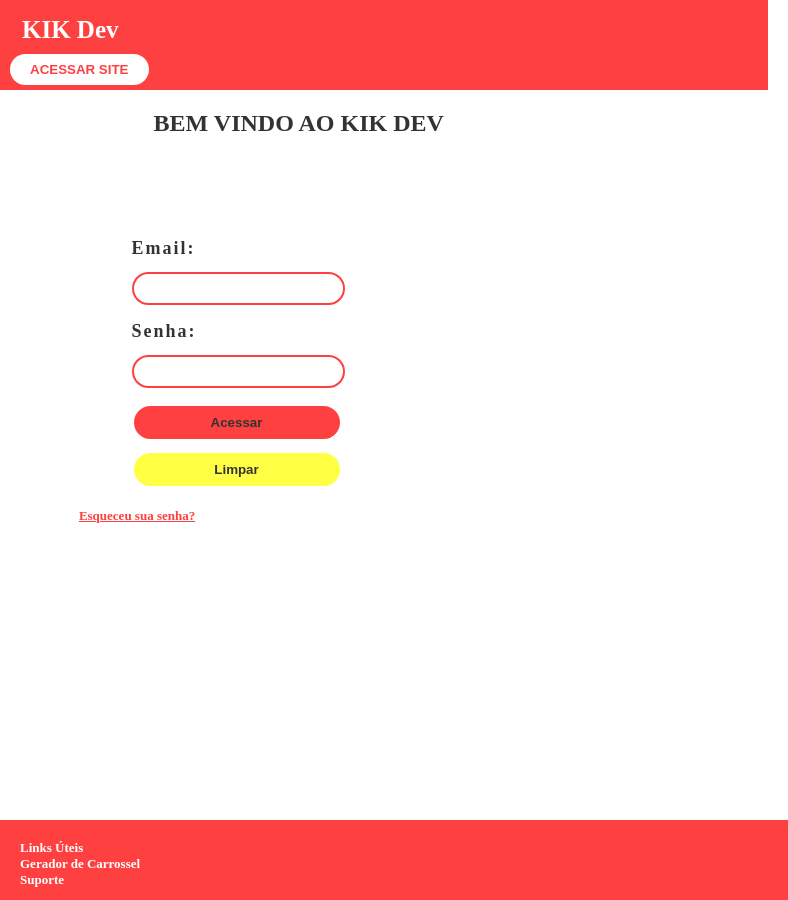
Repository: devgabrielvieira/kikdev
Page: index.html
The author's editor kept a copy of each file at every save. The page is drawn from the files as they stood at one save, then again after the next save.
The browser window is 768 px wide. The page is 788 px wide, so the pictures cover 788 px, including what lies to the right of the window. The pictures show the whole page.

Above is the page before, as saved 2022-10-30 18:39:40.

### index.html
<!DOCTYPE html>
<html lang="pt-br">

<head>
    <meta charset="UTF-8">
    <meta http-equiv="X-UA-Compatible" content="IE=edge">
    <meta name="viewport" content="width=device-width, initial-scale=1.0">
    <link rel="shortcut icon" href="imagens/favicon.ico" type="image/x-icon">
    <link rel="stylesheet" href="style.css">
    <link rel="stylesheet" href="style-mobile.css">
    <script src="script_processo.js"></script>
    <title>KIK Dev</title>

</head>

<body id="pag_processos" onload="dimensaoTela()">

    <div class="header-index">
        <a href="#Default" class="logo">KIK Dev</a>

        <button type="submit" name="name" class="button-right"><strong>ACESSAR SITE</strong></a></button>

    </div>
    <div class="conteudo">
        <!--abrimos a div conteúdo-->
        <!-- <img src="imagens/conteudo.jpg" alt="Conteúdo"> -->

        <h2>BEM VINDO AO KIK DEV</h2>

        <div class="login">
            <label for="username">Email:</label>
            <input type="text" id="username" name="username">
            <br>
            <label for="pass">Senha:</label>
            <input type="password" id="pass" name="password" minlength="8" required>
            <br>
            <input class="btn-acessar" type="submit" value="Acessar">
            <br>
            <input class="btn-limpar" type="reset" value="Limpar">
            <br><br>
            <a href="recuperar-senha.html" target="_self" rel="next" class="href">Esqueceu sua senha?</a>
        </div>

    </div>
    <!--aqui fechamos a div conteudo-->

    <footer class="footer">
        <strong>
            <p>Links Úteis</p>
        </strong>
        <strong>
            <p>Gerador de Carrossel</p>
        </strong>
        <strong>
            <p>Suporte</p>
        </strong>
    </footer>

</body>

</html>

### style.css
@charset "UTF-8";

* {
    margin: 0;
    padding: 0;
}

html {
    margin: 0;
    padding: 0;
}

.header {
    overflow: hidden;
    background-color: #FF4040;
    padding: 20px 10px;
}

.header a {
    float: left;
    color: #fff;
    text-align: center;
    padding: 12px;
    text-decoration: none;
    font-size: 18px;
    line-height: 25px;
    border-radius: 4px;
}

.header a.logo {
    font-size: 25px;
    font-weight: bold;
}

.header a:hover {
    background-color: #ddd;
    color: #333333;
}

.header a.active {
    background-color: #d8d7d7;
    color: #fff;
}

.header-right {
    float: right;
}

.button-right {
    float: right;
    padding: 8px 20px;
    border: #d8d7d7;
    border-radius: 50px;
    color: #FF4040;
    background-color: #fff;
}

.header-index {
    overflow: hidden;
    background-color: #FF4040;
    padding: 5px 10px;
}

.header-index a {
    float: left;
    color: #fff;
    text-align: center;
    padding: 12px;
    text-decoration: none;
    font-size: 18px;
    line-height: 25px;
    border-radius: 4px;
}

.header-index a.logo {
    font-size: 25px;
    font-weight: bold;
}

.header-index a:hover {
    background-color: #ddd;
    color: #333333;
}

.header-index a.active {
    background-color: #d8d7d7;
    color: #fff;
}

.conteudo {
    width: 100%;
    height: 450px;
    overflow: hidden;
    background-color: #fff;
}

/* .conteudo img {
    width: 100%;
    background-color: #fff;
    margin: 2px 0 0 0;
    padding: 0;
    position: relative;
    height: 15.5rem;
} */

.footer {
    width: auto;
    background-color: #FF4040;
    padding: 20px 10px;
    position: relative;
    height: 2.5rem;
    bottom: -50px;
}

p {
    font-size: 13px;
    margin: 0 0 0 10px;
    float: none;
    overflow: hidden;
    color: #fff;
}

label {
    margin: 10px 50px 0 500px;
    display: block;
    letter-spacing: 2px;
    font-size: 18px;
    color: #333333;
    margin-bottom: 3px;
    font-weight: bold;
}

input[type='submit'],
label {
    margin: 10px 50px 0 500px;
    margin-top: 1rem;
    color: #333333;
}

input {
    margin: 10px 50px 0 500px;
    caret-color: #222;
    color: #333333;
    border: 2px solid #FF4040;
    border-radius: 36px;
    padding: 7px 15px;
    text-align: center;
    font-weight: bold;
}

input:hover {
    border: 2px solid #a0a0a0;
}

.login {
    margin: 80px 0 0 0;
    width: -100%;
}

.href {
    margin: 10px 50px 0 550px;
    font-size: 13px;
    font-weight: bold;
    color: #FF4040;
    text-align: center;

}

.btn-acessar {
    margin: 10px 50px 0 500px;
    background: #FF4040;
    border: 2px solid #fff;
    padding: 9px 15px;
    width: 210px;
    max-width: 100%;
}

.btn-limpar {
    margin: 10px 50px 0 500px;
    background: #FF4;
    border: 2px solid #fff;
    padding: 9px 15px;
    width: 210px;
    max-width: 100%;
}

h2 {
    width: 100%;
    display: inline-flex;
    margin: 20px 50px 5px 450px;
    color: #333333;
}

### style-mobile.css
@charset "UTF-8";


@media screen and (max-width: 768px) {

    * {
        margin: 0;
        padding: 0;
    }

    html {
        margin: 0;
        padding: 0;
    }

    .header-index {
        overflow: hidden;
        background-color: #FF4040;
        padding: px 15px;
    }

    .header a {
        float: none;
        display: block;
        text-align: left;
    }

    .header-index a {
        float: none;
        display: block;
        text-align: left;
    }

    .header-right {
        float: none;
    }

    .button-right {
        float: none;
    }

    .footer {
        float: none;
        display: block;
        position: relative;
        height: 2.5rem;
        width: 100%;
        bottom: -280px;

    }

    /* .conteudo img {
        float: none;
        display: block;
        position: absolute;
        width: 100%;
        background-color: #fff;
        margin: 2px 0 0 0;
        height: 10rem;
    } */

    .login {
        width: -100%;
        display: inline-block;
    }

    label {
        margin-left: 50%;
        display: block;
        letter-spacing: 2px;
        font-size: 18px;
        color: #333333;
        margin-bottom: 3px;
        font-weight: bold;
    }

    input[type='submit'],
    label {
        margin-left: 50%;
        margin-top: 1rem;
        color: #333333;
    }

    input {
        margin-left: 50%;
        caret-color: #222;
        color: #333333;
        border: 2px solid #FF4040;
        border-radius: 36px;
        padding: 7px 15px;
        text-align: center;
        font-weight: bold;
    }

    input:hover {
        border: 2px solid #a0a0a0;
    }

    .href {
        margin-left: 30%;
        font-size: 13px;
        font-weight: bold;
        color: #FF4040;
        text-align: center;
    }

    /* .btn-entrar {
        margin-left: 50%;
        background: #FF4040;
        border: 2px solid #fff;
        padding: 9px 15px;
        width: 210px;
        max-width: 100%;
    } */

    .btn-acessar {
        margin-left: 50%;
        background: #FF4040;
        border: 2px solid #fff;
        padding: 9px 15px;
        width: 210px;
        max-width: 100%;
    }

    .btn-limpar {
        margin-left: 50%;
        background: #FF4;
        border: 2px solid #fff;
        padding: 9px 15px;
        width: 210px;
        max-width: 100%;
    }

    h2 {
        width: 100%;
        display: inline-flex;
        margin-left: 20%;
        color: #333333;
    }
}

### script_processo.js
function dimensaoTela(){
    var heightTela = window.innerHeight;
    var widthTela = window.innerWidth;

    document.getElementById('pag_processos').style.minHeight = heightTela+'px';
}

After the next save:
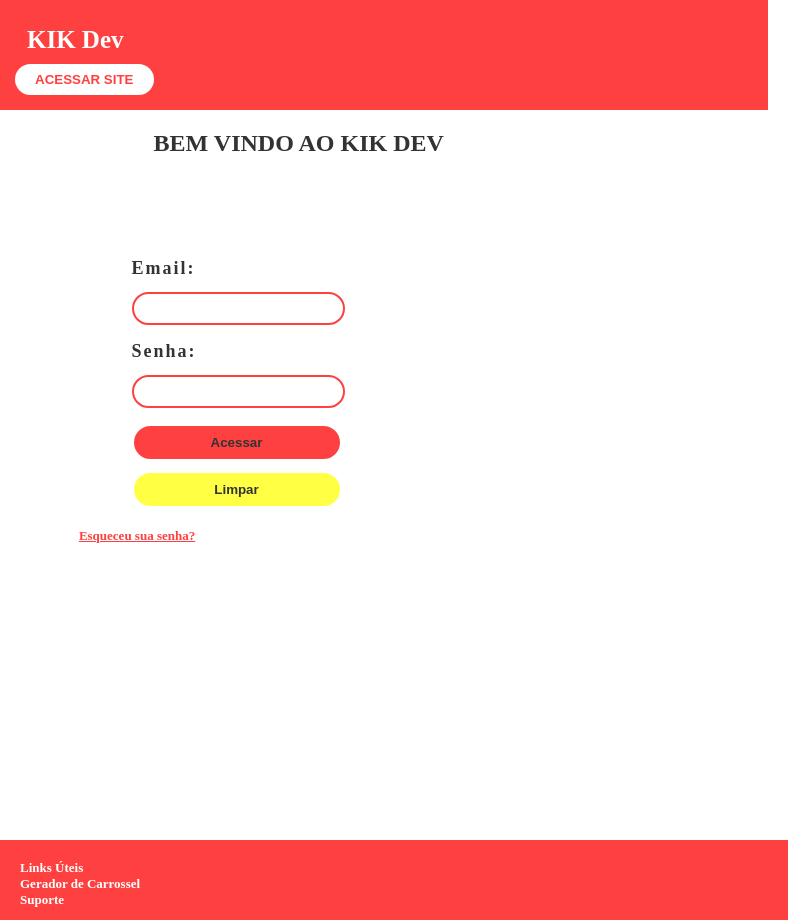
Saved 4 s later.
--- a/style-mobile.css
+++ b/style-mobile.css
@@ -16,7 +16,7 @@
     .header-index {
         overflow: hidden;
         background-color: #FF4040;
-        padding: px 15px;
+        padding:  15px;
     }
 
     .header a {
